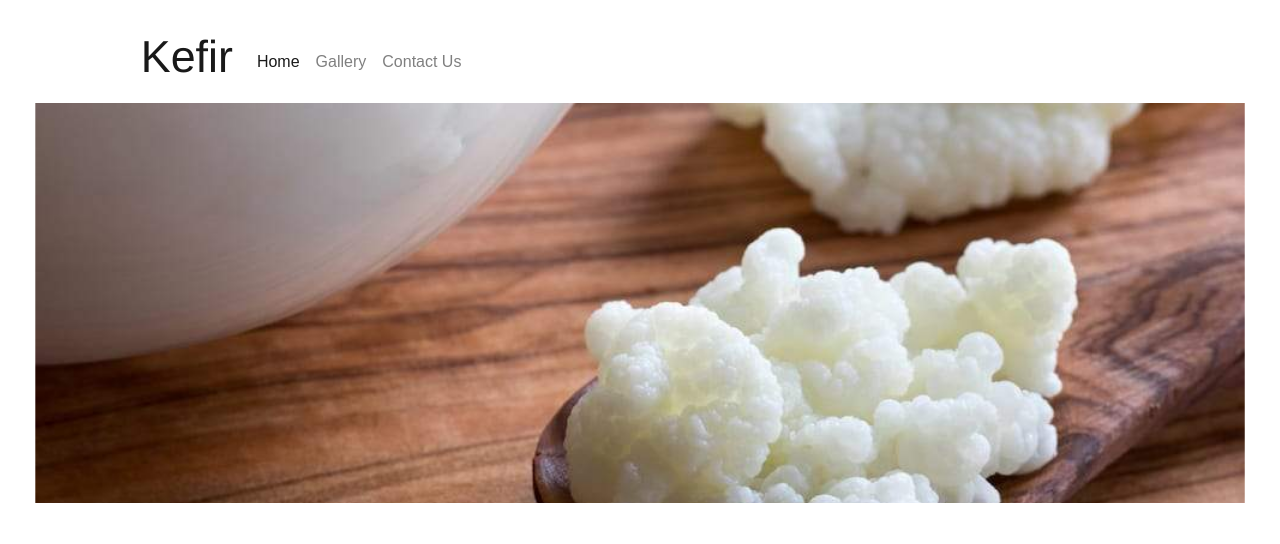
Repository: andna5980/kefir-web
Page: src/index.html
These files come from the project's save history. The page is drawn as it stood at one moment and after the next save; the edit follows.
The browser window is 1280 px wide. The pictures show the whole page.
Some web fonts or font styles are not loaded; a fallback is used. Some web libraries are served in a nearby version.

Above is the page before, as saved 2021-02-28 09:24:27.

After the next save:
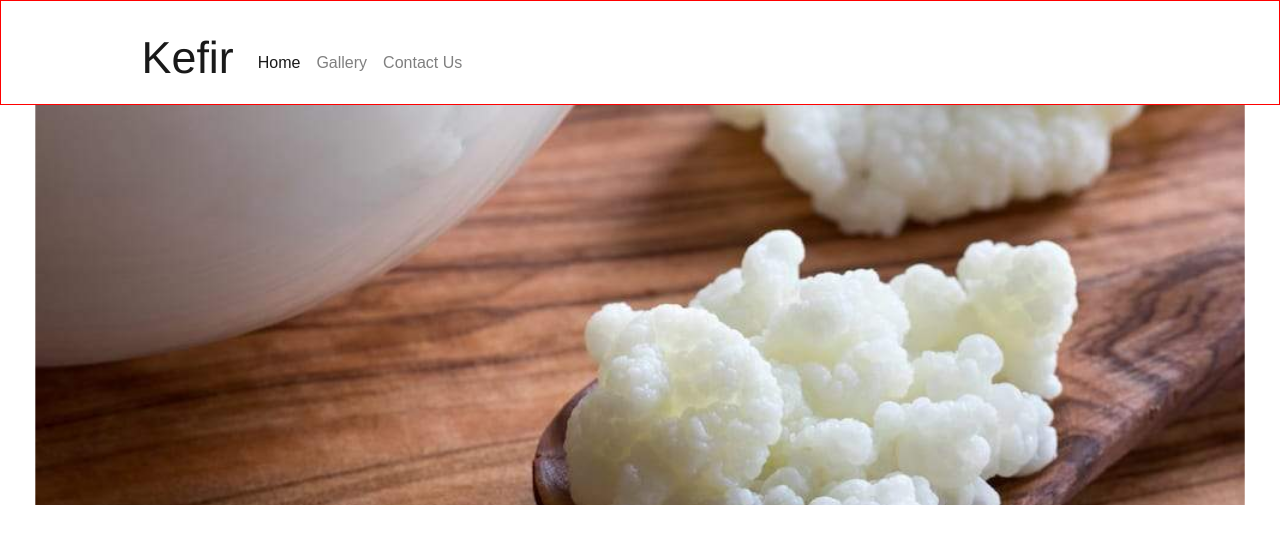
Saved 2 s later.
--- a/src/assets/styles/style.css
+++ b/src/assets/styles/style.css
@@ -15,6 +15,25 @@ h2 {
     font-family:  Caveat Brush, Helvetica, sans-serif;
     color: #2F4B58;
 }
+
+
+/*----------------------BORDER ROWS AND COLUMNS----------*/
+
+.test-red {
+    border: 1px solid red
+}
+
+.test-blue {
+    border:1px solid blue
+}
+
+
+
+
+
+
+
+
 
 /*-----------------------Header ----------*/
 
